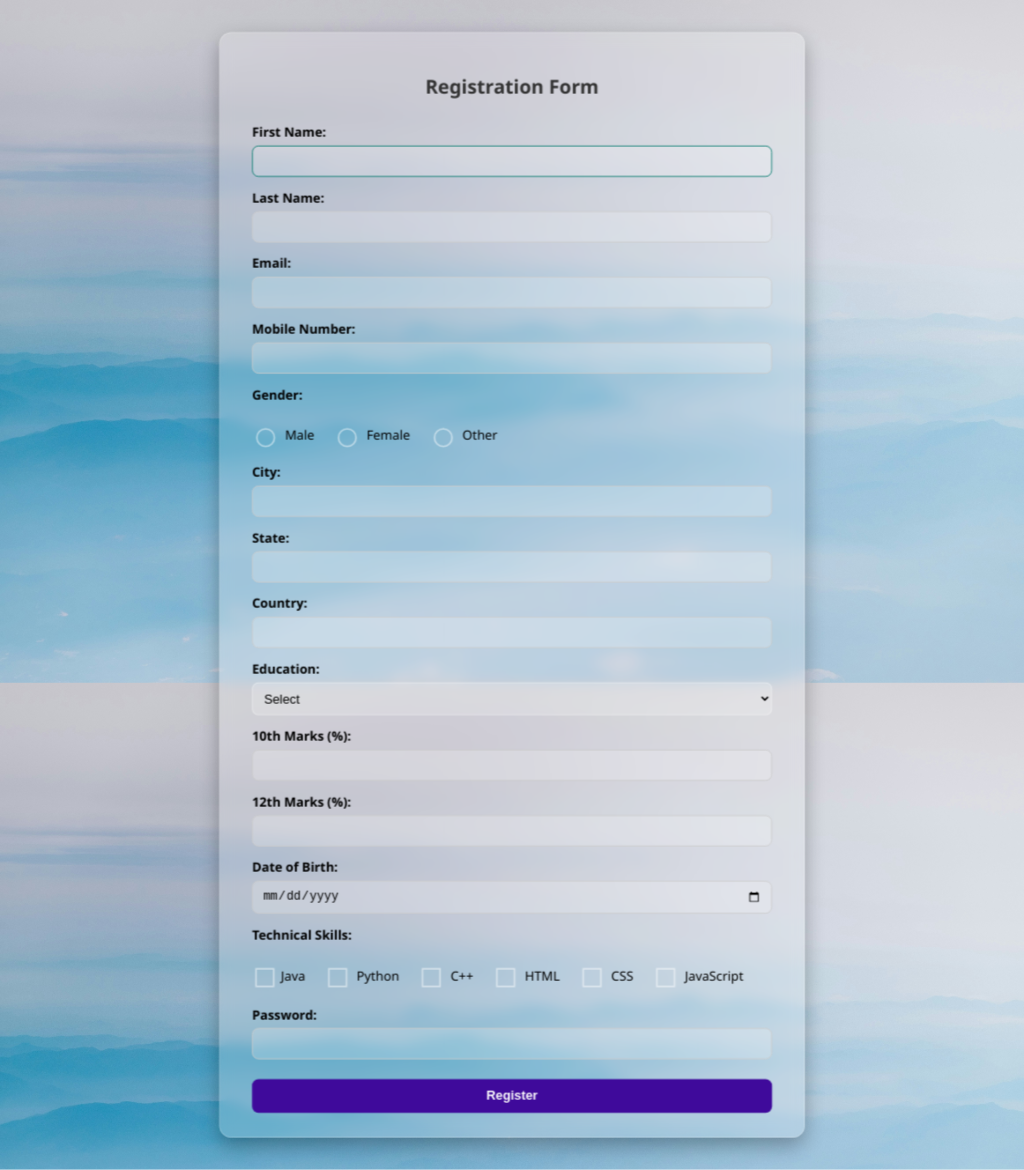
Repository: aboli-vyas/Servlet_Projects
Page: http://localhost/Sevlet_Project/Registration.html
The author's editor kept a copy of each file at every save. The page is drawn from the files as they stood at one save, then again after the next save.
The browser window is 1280 px wide. The pictures show the whole page, at 80% of full size.
The first visible `input` has the focus.
Backgrounds fixed to the window are drawn as part of the page. The page is served by Tomcat 9.

Above is the page before, as saved 2025-06-07 04:15:11.

After the next save:
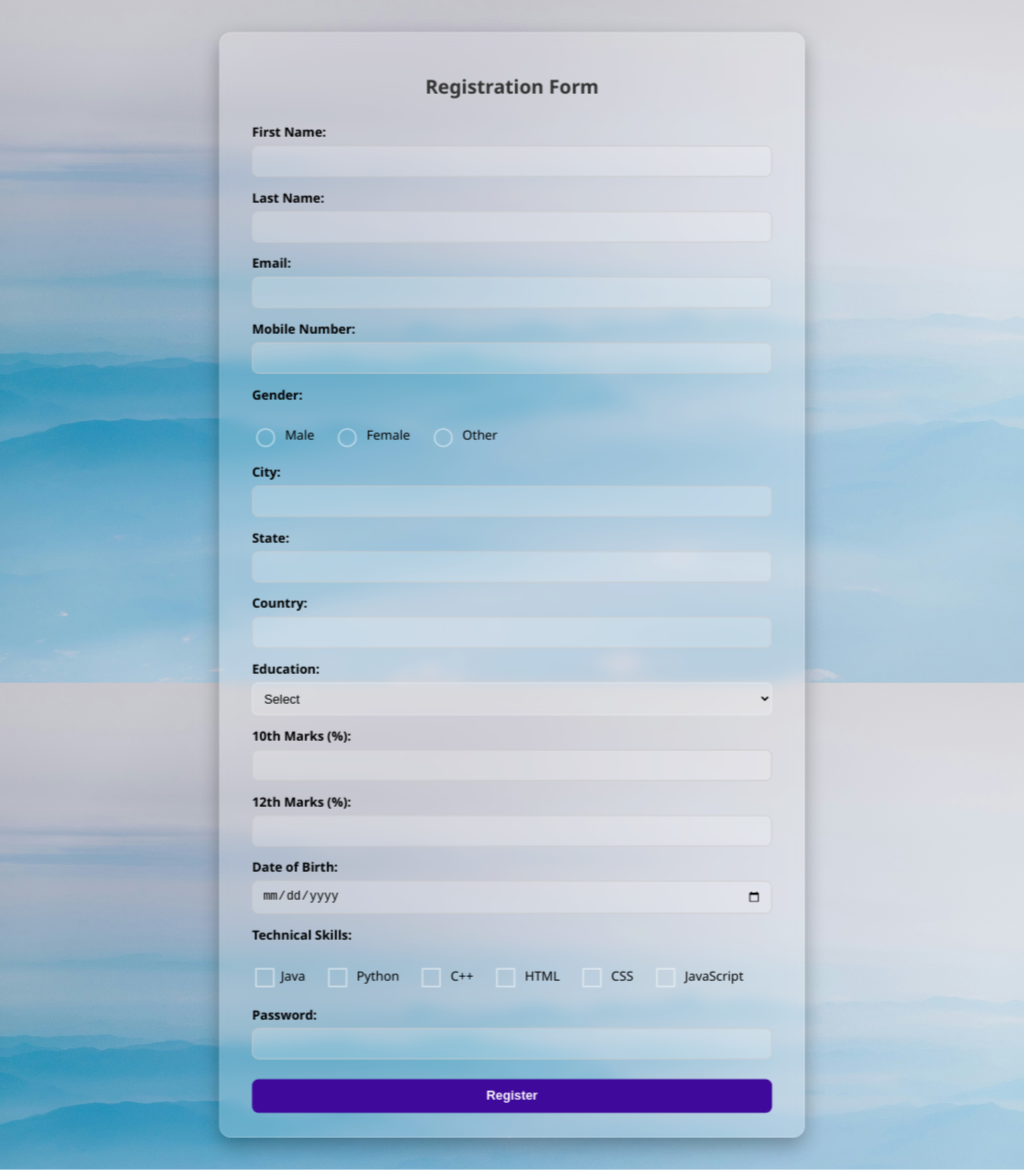
Saved 30 s later.
--- a/Sevlet_Project/src/main/webapp/style.css
+++ b/Sevlet_Project/src/main/webapp/style.css
@@ -54,7 +54,7 @@ select {
 }
 
 input:focus, select:focus {
-    border-color: #00796b;
+    border-color: ;
     outline: none;
 }
 input, select, textarea {
